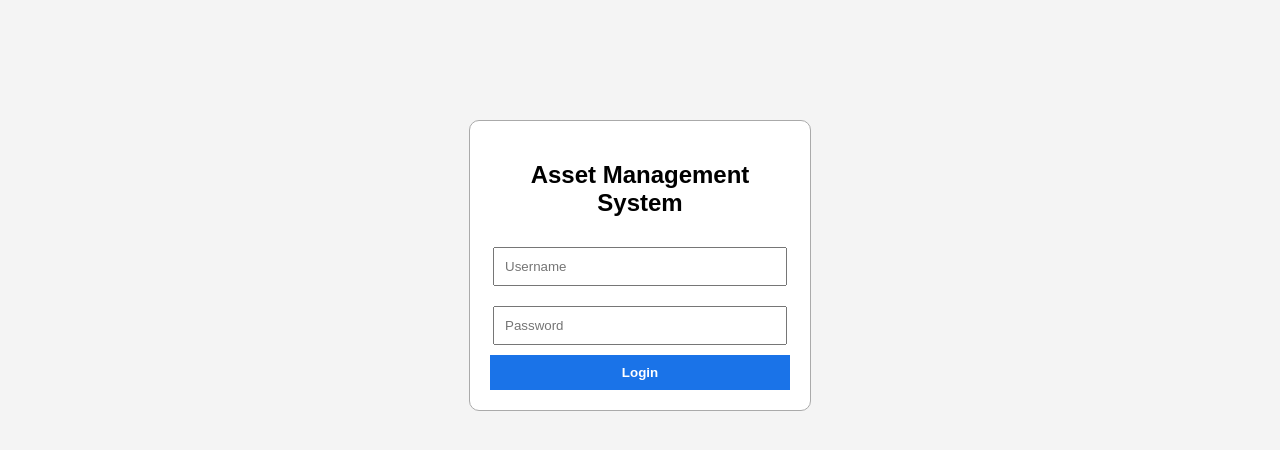
Repository: ENG02222222/AssetManagement_EngXianYu
Page: / (app in AssetFrontend/)
The author's editor kept a copy of each file at every save. The page is drawn from the files as they stood at one save, then again after the next save.
The browser window is 1280 px wide. The pictures show the whole page.
An inner scrolling area shows only its first screen. The project was rebuilt for these pictures with package versions that can differ from the ones it lists, and the page was loaded fresh each time. Also part of the build but not shown: AssetFrontend/vite.config.js, AssetFrontend/src/components/Navbar.vue, AssetFrontend/src/pages/DashboardPage.vue, AssetFrontend/src/pages/AssetsPage.vue.

Above is the page before, as saved 2025-11-22 17:28:56.

### AssetFrontend/index.html
<!doctype html>
<html lang="en">
  <head>
    <meta charset="UTF-8" />
    <link rel="icon" type="image/svg+xml" href="/vite.svg" />
    <meta name="viewport" content="width=device-width, initial-scale=1.0" />
    <title>asset-frontend</title>
  </head>
  <body>
    <div id="app"></div>
    <script type="module" src="/src/main.js"></script>
  </body>
</html>

### AssetFrontend/src/main.js
import { createApp } from "vue";
import App from "./App.vue";
import router from "./router";
import { createPinia } from "pinia";
import piniaPluginPersistedstate from "pinia-plugin-persistedstate";

const pinia = createPinia();
pinia.use(piniaPluginPersistedstate);

createApp(App).use(pinia).use(router).mount("#app");

### AssetFrontend/src/App.vue
<template>
  <router-view />
</template>

<script setup>
</script>

<style>
body {
  font-family: Arial, Helvetica, sans-serif;
  background-color: #f4f4f4;
}
</style>

### AssetFrontend/src/router/index.js
import { createRouter, createWebHistory } from "vue-router";
import LoginPage from "../pages/LoginPage.vue";
import DashboardPage from "../pages/DashboardPage.vue";
import AssetsPage from "../pages/AssetsPage.vue";

const routes = [
  { path: "/", name: "Login", component: LoginPage },
  { path: "/dashboard", name: "Dashboard", component: DashboardPage },
  { path: "/assets", component: AssetsPage },
];

const router = createRouter({
  history: createWebHistory(),
  routes,
});

router.beforeEach((to, from, next) => {
  const user = localStorage.getItem("role");
  if (!user && to.path !== "/") {
    return next("/");
  }
  next();
});

export default router;

### AssetFrontend/src/pages/LoginPage.vue
<template>
  <div class="login-container">
    <h2>Asset Management System</h2>

    <form @submit.prevent="login">
      <input v-model="username" placeholder="Username" required />
      <input v-model="password" placeholder="Password" type="password" required />

      <button type="submit">Login</button>

      <p v-if="error" class="error">{{ error }}</p>
    </form>
  </div>
</template>

<script setup>
import { ref } from "vue";
import axios from "axios";
import { useRouter } from "vue-router";

const router = useRouter();
const username = ref("");
const password = ref("");
const error = ref("");

// import { useAuthStore } from "../stores/auth";
// const auth = useAuthStore();

async function login() {
  try {
    const res = await axios.post("http://localhost:5011/api/login", {
      username: username.value,
      password: password.value,
    });

    if (res.data) {
      localStorage.setItem("role", res.data.role);
      localStorage.setItem("username", res.data.username);
      alert("Login success! Role: " + res.data.role);
      router.push("/dashboard");
    }
  } catch (err) {
    error.value = "Invalid username or password";
  }
}
</script>

<style>
.login-container {
  width: 300px;
  margin: 120px auto;
  padding: 20px;
  text-align: center;
  border: 1px solid #aaa;
  border-radius: 10px;
  background: #fff;
}

input {
  width: 90%;
  padding: 10px;
  margin: 10px 0;
}

button {
  width: 100%;
  padding: 10px;
  background-color: #1a73e8;
  color: white;
  border: none;
  cursor: pointer;
  font-weight: bold;
}

.error {
  color: red;
  margin-top: 10px;
}
</style>

After the next save:
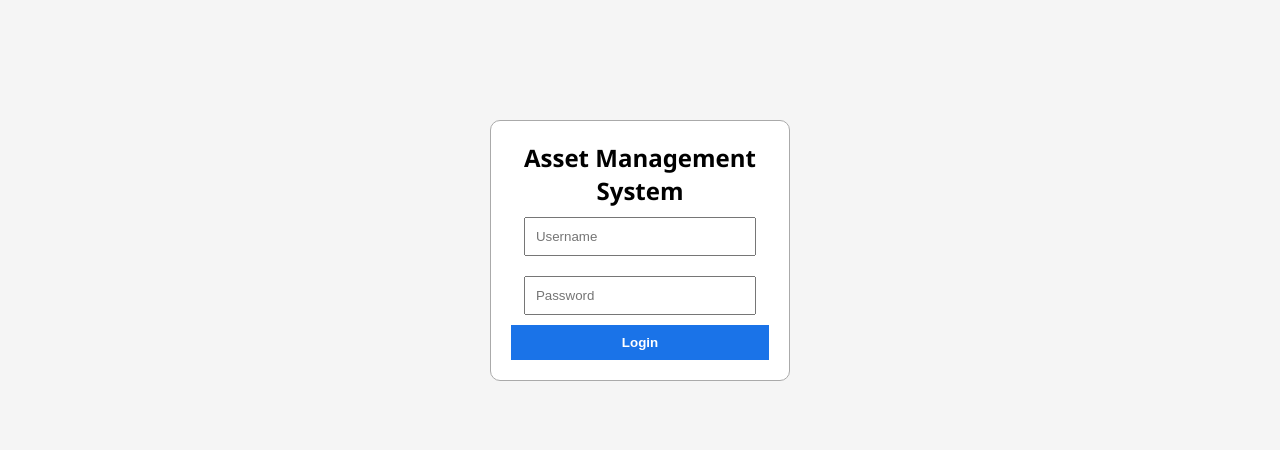
Saved 4 min 8 s later.
--- a/AssetFrontend/src/App.vue
+++ b/AssetFrontend/src/App.vue
@@ -6,8 +6,24 @@
 </script>
 
 <style>
-body {
-  font-family: Arial, Helvetica, sans-serif;
-  background-color: #f4f4f4;
+* {
+  margin: 0;
+  padding: 0;
+  box-sizing: border-box;
+}
+
+body, html {
+  margin: 0;
+  padding: 0;
+  font-family: 'Segoe UI', Tahoma, Geneva, Verdana, sans-serif;
+  background-color: #f5f5f5;
+  height: 100%;
+  overflow-x: hidden;
+}
+
+#app {
+  margin: 0;
+  padding: 0;
+  min-height: 100vh;
 }
 </style>
